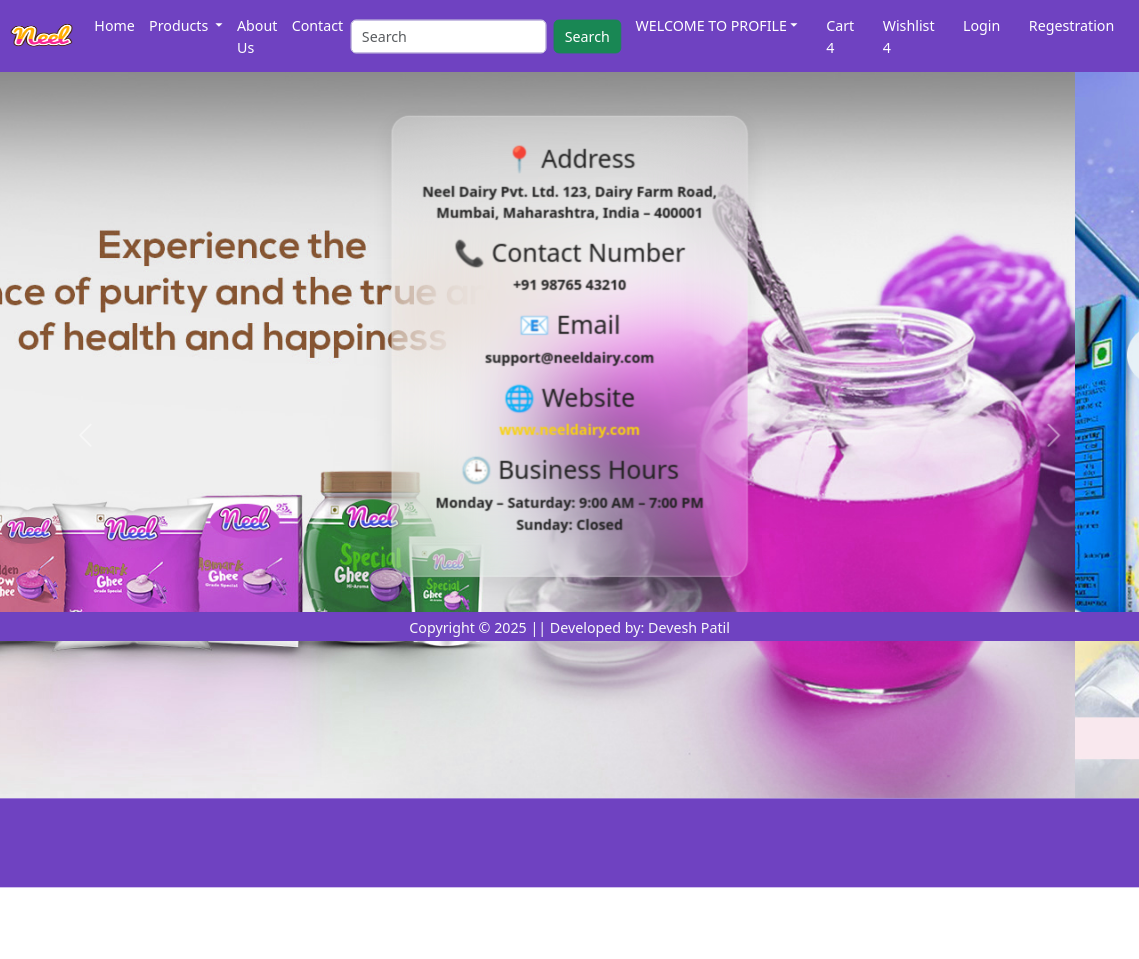
Repository: DeveshPatill/mydjango
Page: http://localhost/contact/
The author's editor kept a copy of each file at every save. The page is drawn from the files as they stood at one save, then again after the next save.
The browser window is 1280 px wide. The pictures show the whole page, at 89% of full size.
The page is served by the project's application, run on Django 5.2 (ec/manage.py). Other server files are loaded and not shown.

Above is the page before, as saved 2025-03-23 03:16:31.

### ec/app/templates/app/contact.html
{% extends 'app/base.html' %}
{% load static %}
{% block title %}About{% endblock title %}


{% block main-content %}
<!-- Background Image Carousel -->
<div id="backgroundCarousel" class="carousel slide" data-bs-ride="carousel">
    <div class="carousel-inner">
        <div class="carousel-item active">
            <img src="{%static 'app/images/banner/b1.jpg' %}" class="d-block w-100" alt="Dairy Banner 1">
        </div>
        <div class="carousel-item">
            <img src="{%static 'app/images/banner/b2.jpg' %}" class="d-block w-100" alt="Dairy Banner 2">
        </div>
        <div class="carousel-item">
            <img src="{%static 'app/images/banner/b3.jpg' %}" class="d-block w-100" alt="Dairy Banner 3">
        </div>
    </div>

    <!-- Carousel Controls -->
    <button class="carousel-control-prev" type="button" data-bs-target="#backgroundCarousel" data-bs-slide="prev">
        <span class="carousel-control-prev-icon" aria-hidden="true"></span>
        <span class="visually-hidden">Previous</span>
    </button>
    <button class="carousel-control-next" type="button" data-bs-target="#backgroundCarousel" data-bs-slide="next">
        <span class="carousel-control-next-icon" aria-hidden="true"></span>
        <span class="visually-hidden">Next</span>
    </button>
</div>

<!-- Fixed Contact Information (Centered Bottom) -->
<div class="contact-box mx-8 mt-5">
    <h3>📍 Address</h3>
    <p>Neel Dairy Pvt. Ltd.
    123, Dairy Farm Road, Mumbai, Maharashtra, India – 400001</p>

    <h3>📞 Contact Number</h3>
    <p>+91 98765 43210</p>

    <h3>📧 Email</h3>
    <p>support@neeldairy.com</p>

    <h3>🌐 Website</h3>
    <p><a href="https://www.neeldairy.com" target="_blank">www.neeldairy.com</a></p>

    <h3>🕒 Business Hours</h3>
    <p>Monday – Saturday: 9:00 AM – 7:00 PM
    Sunday: Closed</p>
</div>

<style>
    /* Set the carousel image size */
    .carousel-item img {
        width: 100%;
        height: 816px;
        object-fit: cover;
    }

    /* Contact Box - Fixed Center Bottom */
    .contact-box {
        position: absolute;
        bottom: 10%;
        left: 50%;
        transform: translate(-50%, 0);
        background: rgba(0, 0, 0, 0.7);
        color: white;
        padding: 20px;
        border-radius: 10px;
        text-align: center;
        width: 400px;
    }

    .contact-box a {
        color: #f8d210;
        text-decoration: none;
    }

    .contact-box a:hover {
        text-decoration: underline;
    }
    .contact-box {
    background: rgba(255, 255, 255, 0.2); /* More transparent, less white */
    backdrop-filter: blur(50px) saturate(180%); /* High blur + slight saturation for mirror effect */
    -webkit-backdrop-filter: blur(50px) saturate(180%);
    border-radius: 20px; /* Smooth corners */
    padding: 30px;
    color: #222; /* Darker text for contrast */
    font-weight: bold;
    box-shadow: 0 10px 25px rgba(0, 0, 0, 0.1); /* Softer and subtle depth */
    border: 1px solid rgba(255, 255, 255, 0.3); /* Thin border for a frosted look */
    }
</style>

<nav class="navbar navbar-expand-lg navbar-dark" style="background-color: #6f42c1; height: 100px;">
    <div class="container-fluid">
    </div>
</nav>
{% endblock main-content %}

### ec/app/templates/app/base.html
<!DOCTYPE html>
{% load static %}
<html lang="en">
<head>
    <meta charset="UTF-8">
    <meta http-equiv="X-UA-Compatible" content="IE=edge">
    <meta name="viewport" content="width=device-width, initial-scale=1.0">

    <link href="https://cdn.jsdelivr.net/npm/bootstrap@5.3.3/dist/css/bootstrap.min.css" rel="stylesheet" integrity="sha384-QWTKZyjpPEjISv5WaRU9OFeRpok6YctnYmDr5pNlyT2bRjXh0JMhjY6hW+ALEwIH" crossorigin="anonymous">

    <link rel="stylesheet" href="{% static 'app/css/owl.carousel.min.css' %}" />
    <link rel="stylesheet" href="{% static 'app/css/all.min.css' %}" />
    <link rel="stylesheet" href="{% static 'app/css/style.css' %}" />

    <title> Dairy Products | {% block title %} {% endblock title %} </title>
</head>
<body>
    <nav class="navbar navbar-expand-lg navbar-dark" style="background-color: #6f42c1;">
        <div class="container-fluid">
          <a class="navbar-brand" href="#">
            <img src="{% static 'app/images/product/Neel.png' %}" width="70px" height="55px"   />
          </a>
          <button class="navbar-toggler" type="button" data-bs-toggle="collapse" data-bs-target="#navbarSupportedContent" aria-controls="navbarSupportedContent" aria-expanded="false" aria-label="Toggle navigation">
            <span class="navbar-toggler-icon"></span>
          </button>
          <div class="collapse navbar-collapse" id="navbarSupportedContent">
            <ul class="navbar-nav me-auto mb-2 mb-lg-0">
              <li class="nav-item">
                <a class="nav-link active" aria-current="page" href="/">Home</a>
              </li>
              <li class="nav-item dropdown">
                <a class="nav-link dropdown-toggle text-white" href="#" role="button" data-bs-toggle="dropdown" aria-expanded="false">
                  Products
                </a>
                <ul class="dropdown-menu">
                  <li><a class="dropdown-item" href="{% url 'category' 'ML' %}">Milk</a></li>
                  <li><a class="dropdown-item" href="{% url 'category' 'CR' %}">Curd</a></li>
                  <li><a class="dropdown-item" href="{% url 'category' 'MS' %}">MilkShake</a></li>
                  <li><a class="dropdown-item" href="{% url 'category' 'LS' %}">Lassi</a></li>
                  <li><a class="dropdown-item" href="{% url 'category' 'GH' %}">Ghee</a></li>
                  <li><a class="dropdown-item" href="{% url 'category' 'PN' %}">Paneer</a></li>
                  <li><a class="dropdown-item" href="{% url 'category' 'CZ' %}">Cheese</a></li>
                  <li><a class="dropdown-item" href="{% url 'category' 'IC' %}">Ice-Cream</a></li>

                </ul>
              </li>
              <li class="nav-item">
                <a class="nav-link text-white" href="{% url 'about'  %}">About Us</a>
              </li>
              <li class="nav-item">
                <a class="nav-link text-white" href="{% url 'contact'  %}">Contact</a>
              </li>

            </ul>
            <form class="d-flex" role="search">
              <input class="form-control me-2" type="search" placeholder="Search" aria-label="Search">
              <button class="btn btn-success" type="submit">Search</button>
            </form>
          </div>
          <ul class="navbar-nav me-auto mb-2 mb-lg-0">
            <li class="nav-item dropdown mx-2">
                <a class="nav-link dropdown-toggle text-white" href="#" id="profileDropdown" role="button" data-bs-toggle="dropdown" aria-expanded="false">WELCOME TO PROFILE</a>
                <ul class="dropdown-menu" aria-labelledby="profileDropdown">
                    <li><a class="dropdown-item" href="#">Profile</a></li>
                    <li><a class="dropdown-item" href="#">Orders</a></li>
                    <li><a class="dropdown-item" href="#">Change Password</a></li>
                    <li><a class="dropdown-item" href="#">Logout</a></li>
                </ul>
            </li>
            <li class="nav-item mx-2">
                <a href="#" class="nav-link text-white">Cart 4</a>
            </li>
            <li class="nav-item mx-2">
                <a href="#" class="nav-link text-white">Wishlist 4</a>
            </li>
            <li class="nav-item mx-2">
                <a href="#" class="nav-link text-white">Login</a>
            </li>
            <li class="nav-item mx-2">
                <a href="#" class="nav-link text-white">Regestration</a>
            </li>

          </ul>
        </div>
      </nav>
      {% block banner-slider %}{% endblock banner-slider %}

      {% block information %}{% endblock information %}

      {% block main-content %}{% endblock main-content %}

    <footer class="text-center text-light py-3 fixed-bottom" style="background-color: #6f42c1; height: 5px; line-height: 2px;">
        Copyright © 2025 || Developed by: Devesh Patil
    </footer>






    <script src="https://cdn.jsdelivr.net/npm/@popperjs/core@2.11.8/dist/umd/popper.min.js" integrity="sha384-I7E8VVD/ismYTF4hNIPjVp/Zjvgyol6VFvRkX/vR+Vc4jQkC+hVqc2pM8ODewa9r" crossorigin="anonymous"></script>
    <script src="https://cdn.jsdelivr.net/npm/bootstrap@5.3.3/dist/js/bootstrap.min.js" integrity="sha384-0pUGZvbkm6XF6gxjEnlmuGrJXVbNuzT9qBBavbLwCsOGabYfZo0T0to5eqruptLy" crossorigin="anonymous"></script>

    <script src=https://cdnjs.cloudflare.com/ajax/libs/jquery/3.7.1/jquery.min.js></script>


    <script script="{% static 'app/js/owl.carousel.min.js' %}"></script>
    <script script="{% static 'app/js/all.min.js' %}"></script>
    <script script="{% static 'app/js/myscript.js' %}"></script>

</body>
</html>

### ec/app/views.py
from django.shortcuts import render
from django.http import HttpResponse
from django.views import View
from urllib import request
from . models import Product
from django.db.models import Count

# Create your views here.
def home(request):
    return render(request,"app/home.html")

def about(request):
    return render(request,"app/about.html")

def contact(request):
    return render(request,"app/contact.html")


class CategoryView(View):
    def get(self,request,val):
        product = Product.objects.filter(category=val)
        title=Product.objects.filter(category=val).values('title')
        return render(request,"app/category.html",locals())

class CategoryTitle(View):
    def get(self,request,val):
        product = Product.objects.filter(title=val)
        title = Product.objects.filter(category=product[0].category).values('title')
        return render(request,"app/category.html",locals())


class ProductDetail(View):
    def get(self,request,pk):
        product = Product.objects.get(pk=pk)
        return render(request,"app/productdetail.html",locals())

### ec/ec/urls.py
"""
URL configuration for ec project.

The `urlpatterns` list routes URLs to views. For more information please see:
    https://docs.djangoproject.com/en/5.1/topics/http/urls/
Examples:
Function views
    1. Add an import:  from my_app import views
    2. Add a URL to urlpatterns:  path('', views.home, name='home')
Class-based views
    1. Add an import:  from other_app.views import Home
    2. Add a URL to urlpatterns:  path('', Home.as_view(), name='home')
Including another URLconf
    1. Import the include() function: from django.urls import include, path
    2. Add a URL to urlpatterns:  path('blog/', include('blog.urls'))
"""

from django.contrib import admin
from django.urls import path,include

urlpatterns = [
    path("admin/", admin.site.urls),
    path("", include("app.urls")),

]

### ec/app/urls.py
from django.urls import path
from .import views
from django.conf import settings
from django.conf.urls.static import static

urlpatterns = [
    path("",views.home),
    path("about/",views.about,name="about"),
    path("contact/",views.contact,name="contact"),
    path("category/<slug:val>",views.CategoryView.as_view(),name="category"),
    path("category-title/<val>",views.CategoryTitle.as_view(),name='category-title'),
    path("product-detail/<int:pk>",views.ProductDetail.as_view(),name="product-detail"),
]+static(settings.MEDIA_URL,document_root=settings.MEDIA_ROOT)

### ec/app/static/app/css/style.css
.owl-carousel .item{
 /* border: 1px solid black; */
 font-size: 24px;
 text-align: center;
 margin-top: 20px;
 transition: transform .5s ease;
}

 .owl-carousel .item:hover{
    /* border: 1px solid black; */
    transform : scale(1.1);
}

/* .owl-carousel img{
    transition: transform .5s ease;
  }
 .owl-carousel img:hover{

    transform : scale(1.25);
} */

.owl-next{
 float:right;
}
.owl-prev{
 float:left;
}
.owl-prev span{
 font-size: 24px;
 font-weight: bold;
}
.owl-next span{
 font-size: 24px;
 font-weight: bold;
}




.buttermilk{
    background-color:#fff;background-image:linear-gradient(#fff7ef, #fff);
    background-image:-webkit-linear-gradient(#fff7ef, #fff);
    background-image:-moz-linear-gradient(#fff7ef, #fff);
    background-image:-ms-linear-gradient(#fff7ef, #fff);
    background-image:-o-linear-gradient(#fff7ef, #fff);
    padding:50px 40px;
    border:1px solid #efe8e1;
    padding-bottom:20px;
}

.smbg{
    background-color:#fff;
    background-image:linear-gradient(rgba(110, 69, 143, 0.1), #fff);
    background-image:-webkit-linear-gradient(rgba(110, 69, 143, 0.1), #fff);
    background-image:-moz-linear-gradient(rgba(110, 69, 143, 0.1), #fff);
    background-image:-ms-linear-gradient(rgba(110, 69, 143, 0.1), #fff);
    background-image:-o-linear-gradient(rgba(110, 69, 143, 0.1), #fff);
}

.curdbgpro{
    background-color:#fff;
    background-image:linear-gradient(rgba(10, 77, 123, 0.1), #fff);
    background-image:-webkit-linear-gradient(rgba(10, 77, 123, 0.1), #fff);
    background-image:-moz-linear-gradient(rgba(10, 77, 123, 0.1), #fff);
    background-image:-ms-linear-gradient(rgba(10, 77, 123, 0.1), #fff);
    background-image:-o-linear-gradient(rgba(10, 77, 123, 0.1), #fff);
}

.goodnessseccont img{
    width:100%;
}

.mlkpro{
    color:#636362;
    font-size:22px;
    line-height:22px;
    margin-bottom:15px;
    width:43%;
    margin:0 auto;
    text-align:center;

}

.goodnesssec a{
    text-decoration: none;
}


/*------------------------------------------------*/
body {
    padding-bottom: 80px; /* Adjust this value based on footer height */
}

Loaded but not shown: ec/app/static/app/css/owl.carousel.min.css (library); ec/app/static/app/css/all.min.css (library)

After the next save:
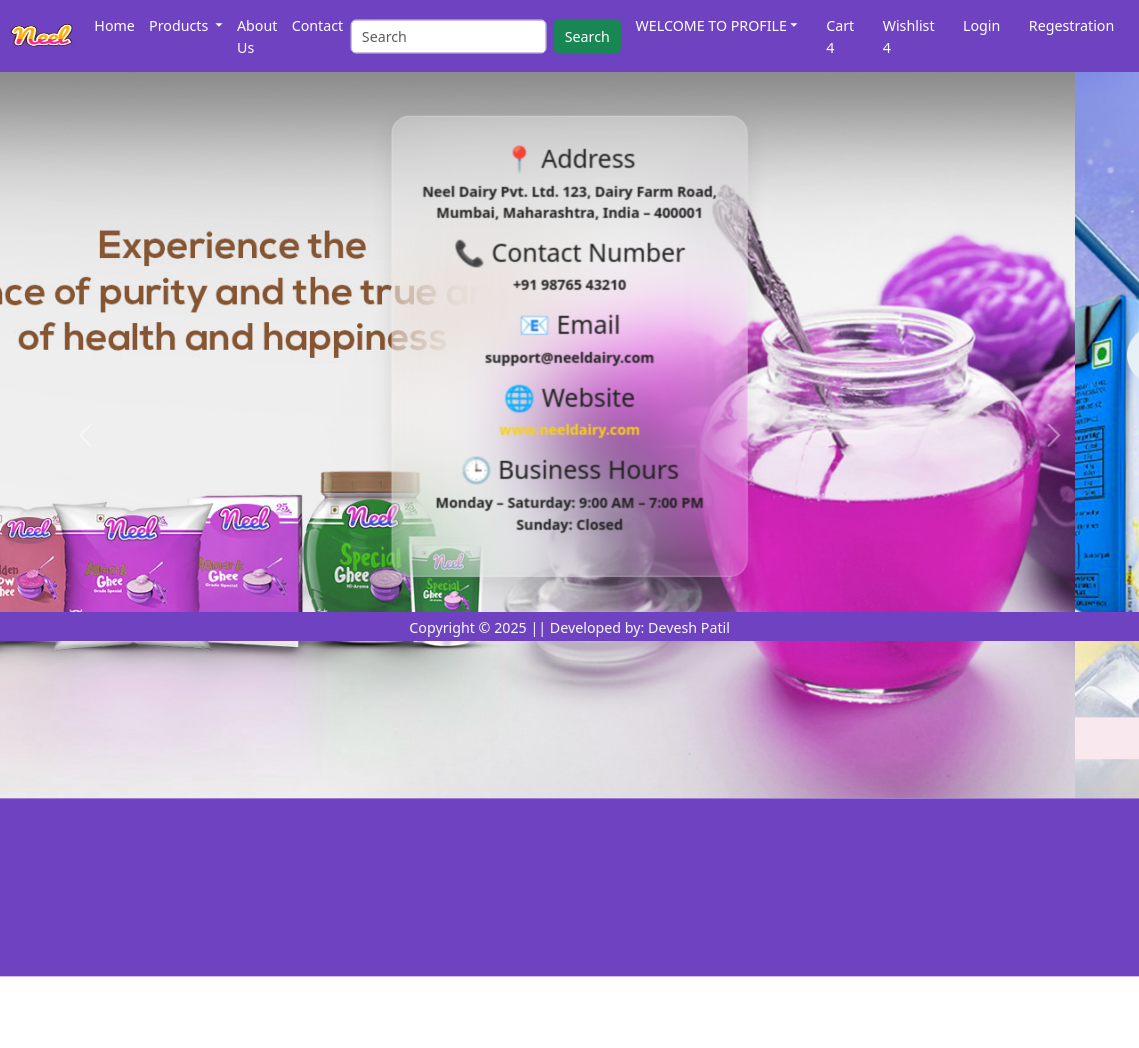
Saved 12 s later.
--- a/ec/app/templates/app/contact.html
+++ b/ec/app/templates/app/contact.html
@@ -92,7 +92,7 @@
     }
 </style>
 
-<nav class="navbar navbar-expand-lg navbar-dark" style="background-color: #6f42c1; height: 100px;">
+<nav class="navbar navbar-expand-lg navbar-dark" style="background-color: #6f42c1; height: 200px;">
     <div class="container-fluid">
     </div>
 </nav>
